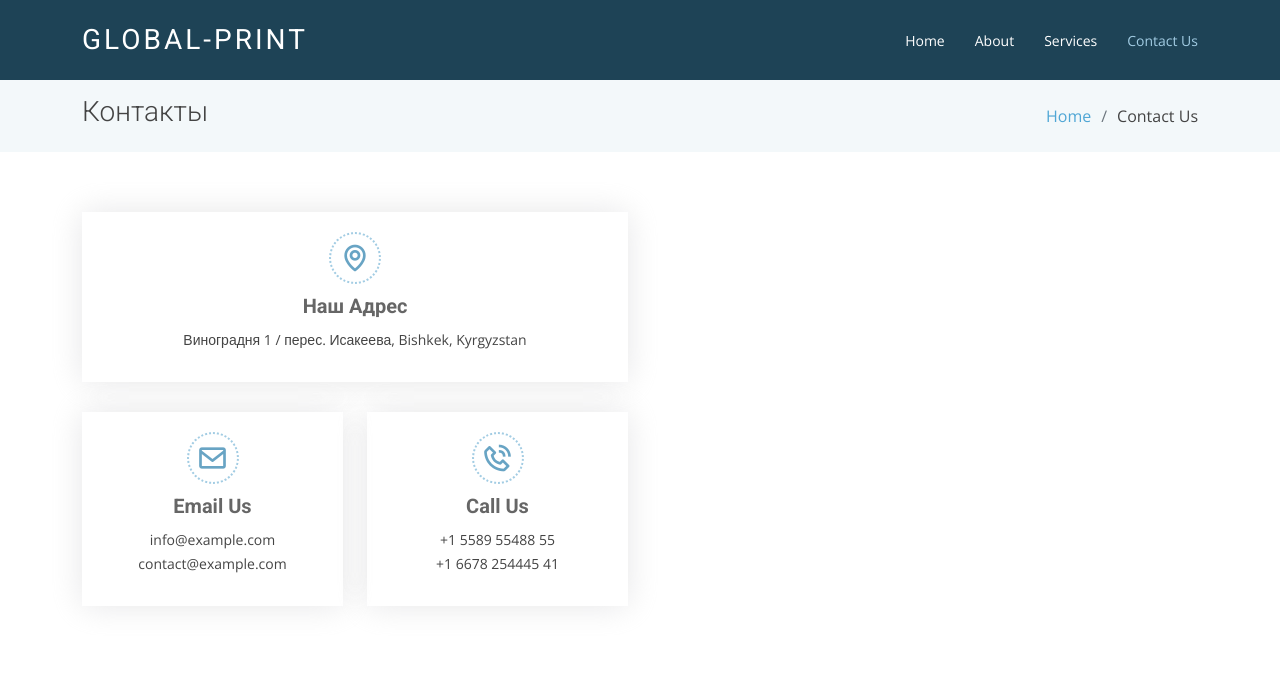
Repository: VachArt/Global-print
Page: contact.html
The author's editor kept a copy of each file at every save. The page is drawn from the files as they stood at one save, then again after the next save.
The browser window is 1280 px wide. The pictures show the part of the page from y = 0 to 674 px (the page is 1438 px tall before and 1619 px after).
Pictures or frames that could not be fetched are drawn as grey boxes.

Above is the page before, as saved 2022-06-09 13:12:33.

After the next save:
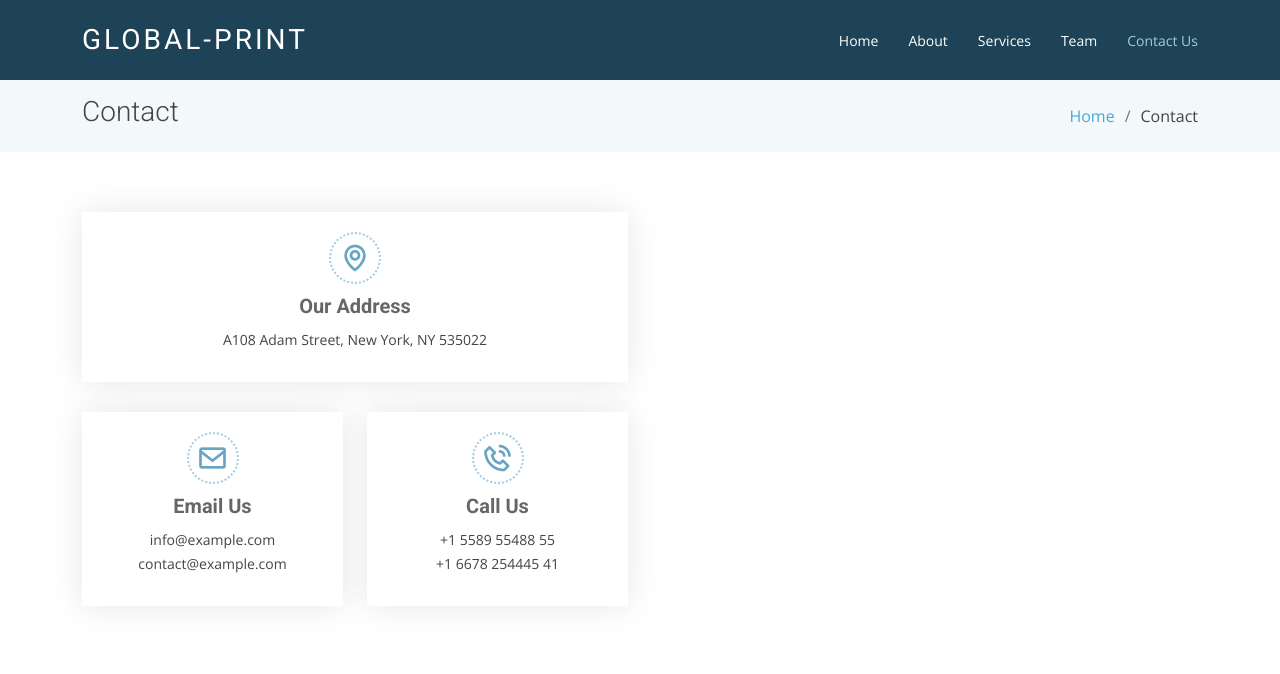
Saved 64 s later.
--- a/contact.html
+++ b/contact.html
@@ -50,6 +50,7 @@
           <li><a class="" href="index.html">Home</a></li>
           <li><a href="about.html">About</a></li>
           <li><a href="services.html">Services</a></li>
+          <li><a href="team.html">Team</a></li>
           <li><a class="active" href="contact.html">Contact Us</a></li>
         </ul>
         <i class="bi bi-list mobile-nav-toggle"></i>
@@ -65,10 +66,10 @@
       <div class="container">
 
         <div class="d-flex justify-content-between align-items-center">
-          <h2>Контакты</h2>
+          <h2>Contact</h2>
           <ol>
             <li><a href="index.html">Home</a></li>
-            <li>Contact Us</li>
+            <li>Contact</li>
           </ol>
         </div>
 
@@ -84,8 +85,8 @@
               <div class="col-md-12">
                 <div class="info-box">
                   <i class="bx bx-map"></i>
-                  <h3>Наш Адрес</h3>
-                  <p>Виноградня 1 / перес. Исакеева, Bishkek, Kyrgyzstan</p>
+                  <h3>Our Address</h3>
+                  <p>A108 Adam Street, New York, NY 535022</p>
                 </div>
               </div>
               <div class="col-md-6">
@@ -120,6 +121,23 @@
 
   <!-- ======= Footer ======= -->
   <footer id="footer" data-aos="fade-up" data-aos-easing="ease-in-out" data-aos-duration="500">
+
+    <div class="footer-newsletter">
+      <div class="container">
+        <div class="row">
+          <div class="col-lg-6">
+            <h4>Our Newsletter</h4>
+            <p>Tamen quem nulla quae legam multos aute sint culpa legam noster magna</p>
+          </div>
+          <div class="col-lg-6">
+            <form action="" method="post">
+              <input type="email" name="email"><input type="submit" value="Subscribe">
+            </form>
+          </div>
+        </div>
+      </div>
+    </div>
+
     <div class="footer-top">
       <div class="container">
         <div class="row">
@@ -131,6 +149,7 @@
               <a href="#" class="linkedin"><i class="bx bxl-linkedin"></i></a>
             </div>
           </div>
+
         </div>
       </div>
     </div>
